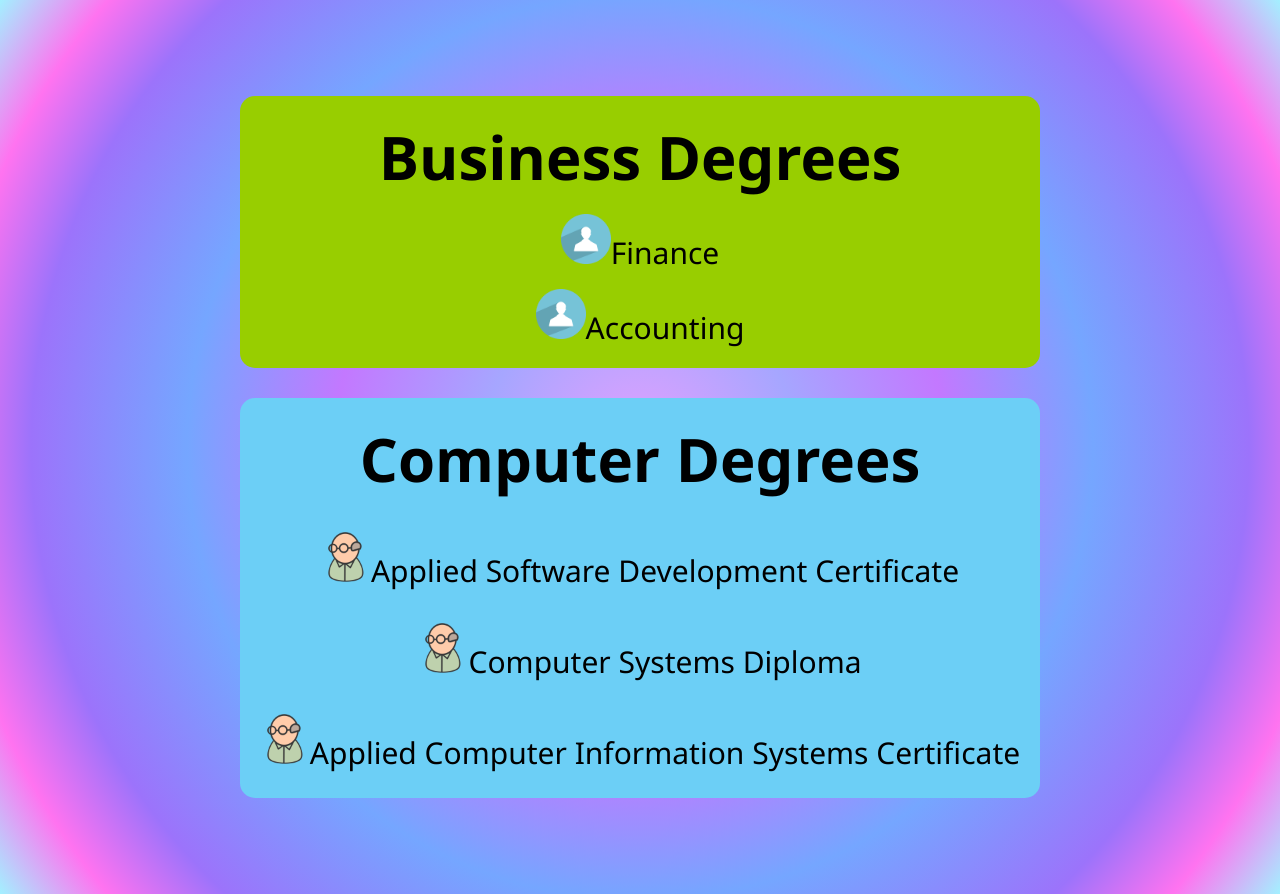
Repository: NeemaToto/mdia2109week3
Page: /
The author's editor kept a copy of each file at every save. The page is drawn from the files as they stood at one save, then again after the next save.
The browser window is 1280 px wide. The pictures show the whole page.
The project was rebuilt for these pictures with package versions that can differ from the ones it lists, and the page was loaded fresh each time. The framework's server and built-in components were replaced by stand-ins that run in the browser. Also part of the build but not shown: next.config.js.

Above is the page before, as saved 2023-01-19 20:26:48.

After the next save:
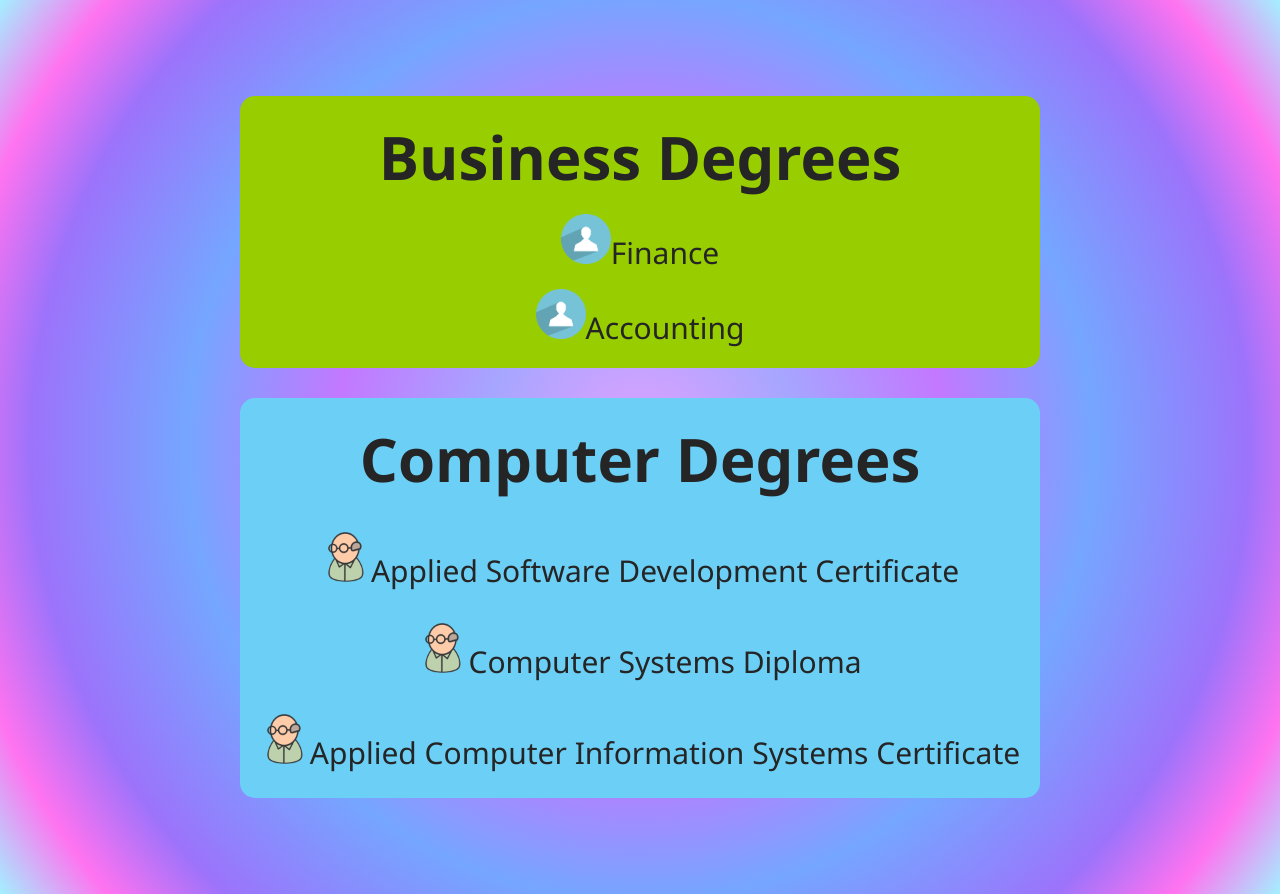
Saved 7 s later.
--- a/styles/Home.module.css
+++ b/styles/Home.module.css
@@ -287,7 +287,7 @@
   flex-direction: column;
   justify-content: center;
   gap: 30px;
-  color: ;
+  color: #252525;
 }
 
 .businessContainer{
